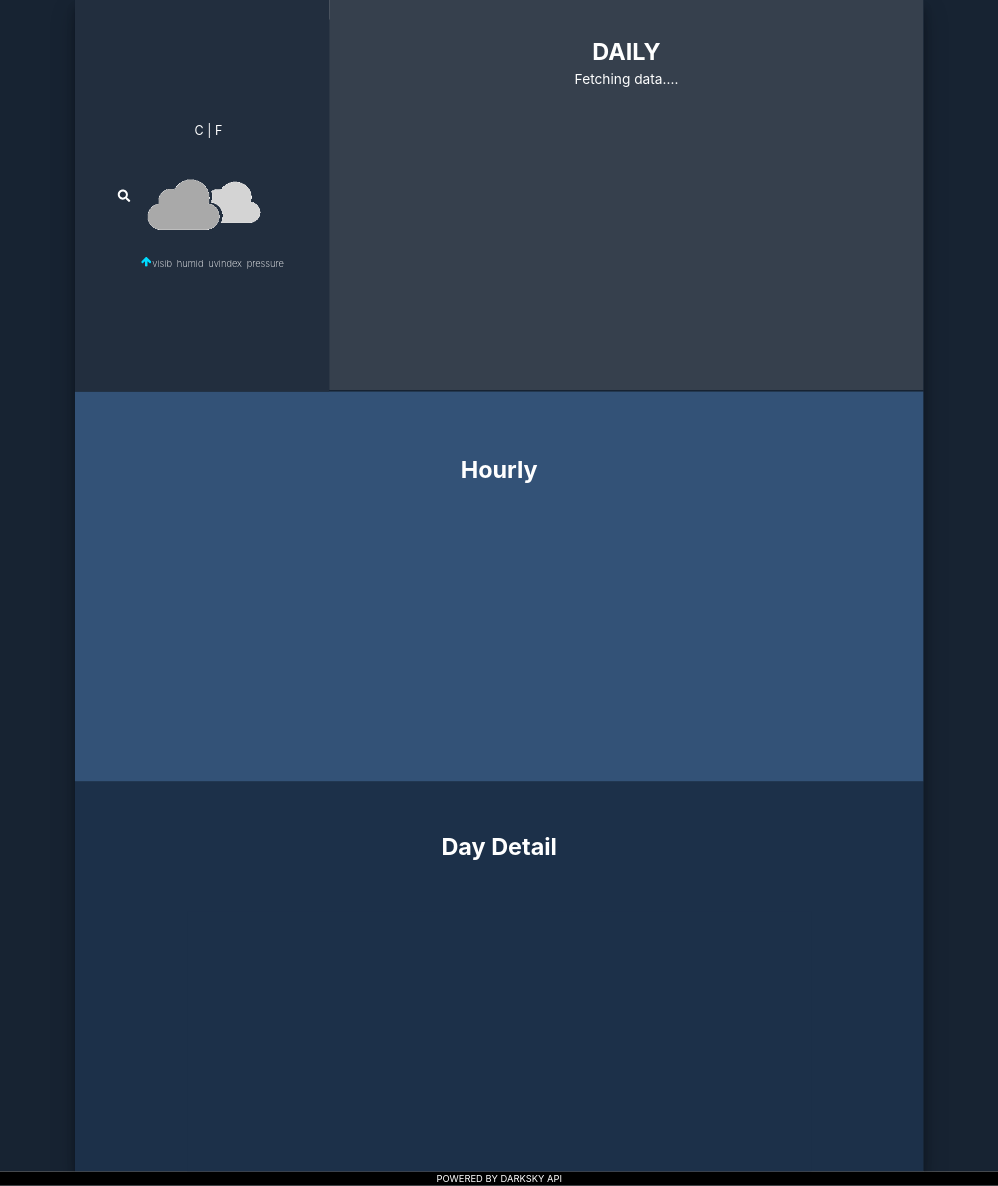
Repository: DOODpls/assignment3_weather
Page: index.html
The author's editor kept a copy of each file at every save. The page is drawn from the files as they stood at one save, then again after the next save.
The browser window is 1280 px wide. The pictures show the whole page, at 78% of full size.
Some web fonts or font styles are not loaded; a fallback is used. Some web libraries are served in a nearby version.

Above is the page before, as saved 2020-01-07 19:28:52.

### index.html
<!DOCTYPE html>
<html lang="en">
    <head>
        <meta charset="UTF-8" />
        <meta name="viewport" content="width=device-width, initial-scale=1.0" />
        <meta http-equiv="X-UA-Compatible" content="ie=edge" />
        <script src="https://ajax.googleapis.com/ajax/libs/jquery/1/jquery.min.js" type="text/javascript"></script>
        <script src="https://ajax.googleapis.com/ajax/libs/jqueryui/1.10.3/jquery-ui.min.js"></script>
        <script src="https://cdnjs.cloudflare.com/ajax/libs/font-awesome/5.11.2/js/all.js"></script>
        <title>The Weathering</title>
        <link rel="shortcut icon" href="./icons/favicon.ico" />
        <link
            rel="stylesheet"
            href="https://cdnjs.cloudflare.com/ajax/libs/bulma/0.7.5/css/bulma.min.css"
            integrity="sha256-vK3UTo/8wHbaUn+dTQD0X6dzidqc5l7gczvH+Bnowwk="
            crossorigin="anonymous"
        />
        <link
            rel="stylesheet"
            href="https://cdnjs.cloudflare.com/ajax/libs/open-iconic/1.1.1/font/css/open-iconic.min.css"
            integrity="sha256-CfN2r6i/dqkUHVRqpBzO3w21SnIWalwGfj5ScBPVzmI="
            crossorigin="anonymous"
        />
        <link rel="stylesheet" href="styles.css" />
    </head>
    <body>
        <div class="page">
            <div class="main-container">
                <div class="today-container">
                  <i class="fas fa-search"></i>
                  <form action="" method="post" name="form_citydetails" id="form_citydetails" enctype="multipart/form-data" onsubmit="return false;">
                    <input class="ff_elem city-text" type="text" name="ff_nm_from[]" value="" id="f_elem_city" placeholder="Type City" onkeydown="search(this)"/>
                    </form>
                    <div class="today-stage">
                      <div class="unitswitcher">
                        <div class="celcius" id='cell'>C</div>
                        <br>
                        <p>&nbsp;|&nbsp;</p>
                        <div class="farenheight" id="farr">F</div>
                      </div>
                        <div class="info-holder">
                          <div class="preload"></div>
                          <canvas id="icon0" width="150" height="150"></canvas>
                          <p class="city"></p>
                          <p class="today-temp"></p>
                          <p class="today-description"></p>
                          <p class="today-minmax"></p>
                          <div class="sub-info">
                          <p class="app-temp"></p>
                          <div class="wind-holder">
                            <p class="wind-speed"></p>
                            <div class="wind-direction"></div>
                          </div>
                          <p class="visibility">visib</p>
                          <p class="humidity">humid</p>
                          <p class="uvindex">uvindex</p>
                          <p class="pressure">pressure</p>
                          </div>
                        </div>
                    </div>
                </div>

                <div class="week-container">
                  <p class="daily-title">DAILY</p>
                  <p class="week-summary">Fetching data....</p>
                  <div class="week-stage" id="week-stages">
                  </div>
                </div>
                <div class="hourly-container">
                  <p class="daily-title">Hourly</p>
                  <div class="hourly-row"></div>
                </div>
                <div class="day-details">
                  <div class="titlebar">
                    <p class="daily-title">Day Detail</p>
                    <p class="day-summ"></p>
                  </div>
                  <div class="summary-flex">
                  <div class="melovesomeclouds">
                    <p class="habanero"></p> <!-- have to name it like this bc for some readon uvindex(whatever) wont work  -->
                    <p class="cloud-cover"></p>
                  </div>

                  <div class="sunny">
                    <p class="sunrise"></p>
                    <p class="sunset"></p>
                  </div>

                  <div class="airwater">
                    <p class="humidity2"></p>
                    <p class="dew-point"></p>
                  </div>

                  <div class="wind">
                    <p class="ave-windspeed"></p>
                    <p class="ave-windgust"></p>
                  </div>
                </div>
                </div>
            </div>
        </div>
        <footer class="foooterrr">
          <a href="https://darksky.net/dev">POWERED BY DARKSKY API</a>
        </footer>
        <script src="./skycons.js"></script>
        <script src="./app.js"></script>
    </body>
</html>

### styles.css

.page {
  display: flex;
  color: white;
  justify-content: center;
  flex-wrap: wrap;
  background-color: #172332;
  width: 100%;
  height: 100%;
  overflow: hidden;
}
.main-container {
  height: 100%;
  width: 85vw;
  overflow-y: hidden;
  box-sizing: content-box;
  display: flex;
  justify-content: flex-start;
  flex-wrap: wrap;
  box-shadow: 0 14px 28px rgba(0, 0, 0, 0.25), 0 10px 10px rgba(0, 0, 0, 0.22);
}
.today-container {
  flex: 30%;
  display: flex;
  height: 502px;
  background: #222e3e;
  justify-content: center;
  align-items: center;
  overflow: hidden;
  position: relative;
}
.unitswitcher{
  color: white;
  display: flex;
  justify-content: center;
}
.celcius, .farenheight{
  text-decoration: none;
  color: white;
}
.celcius:hover, .farenheight:hover{
  color: rgb(161, 161, 161);
}
.ui-helper-hidden-accessible{
  visibility: hidden;
  position: absolute;
}


.ui-autocomplete {
  position: absolute;
  top: 100%;
  left: 0;
  z-index: 1000;
  float: left;
  display: none;
  min-width: 160px;
  padding: 4px 0;
  margin: 0 0 10px 25px;
  list-style: none;
  background-color: #36404d;
  border-color: #ccc;
  border-color: rgba(0, 0, 0, 0.2);
  border-style: solid;
  border-width: 1px;
  -webkit-border-radius: 5px;
  -moz-border-radius: 5px;
  border-radius: 5px;
  -webkit-box-shadow: 0 5px 10px rgba(0, 0, 0, 0.2);
  -moz-box-shadow: 0 5px 10px rgba(0, 0, 0, 0.2);
  box-shadow: 0 5px 10px rgba(0, 0, 0, 0.2);
  -webkit-background-clip: padding-box;
  -moz-background-clip: padding;
  background-clip: padding-box;
  *border-right-width: 2px;
  *border-bottom-width: 2px;
}

.ui-menu-item > a.ui-corner-all {
  display: block;
  padding: 3px 15px;
  clear: both;
  font-weight: normal;
  line-height: 18px;
  color: #ffffff;
  white-space: nowrap;
  text-decoration: none;
}

.ui-state-hover, .ui-state-active {
  color: #ffffff;
  text-decoration: none;
  background-color: #0088cc;
  border-radius: 0px;
  -webkit-border-radius: 0px;
  -moz-border-radius: 0px;
  background-image: none;
}


.preload{
  background-image: url(./preloader.gif);
  height: 170px;
  width: 170px;
  background-size: 170px;
  position: absolute;
  top: 0;
  display: none;
}
.today-stage {
    position: relative;
    /* background: rgba(0, 0, 0, 0.2); */
}
/* #icon1{
  background-image: url(./preloader.gif);
  background-size: 150px;
} */
.today-icon {
    font-size: 140px;
    opacity: 0.17;
}
.city{
  transition-duration: .5s;
}
.today-temp {
    font-weight: 900;
    font-size: 50px;
    transition-duration: .5s;
}

.info-holder{
  display: flex;
  flex-direction: column;
  justify-content: center;
  align-items: center;
  position: relative;
}
.city-text{
  border-radius: 0px;
  width: 250px;
  height: 25px;
  font-family: Arial, Helvetica, sans-serif;
  font-size: 17px;
  color: #555;
  border: none;
  box-sizing: border-box;
  position: absolute;
  right: -250px;
  top: 0;
}

.search-button{
  position: absolute;
}
.sub-info{
  display: flex;
  justify-content: space-around;
  flex-direction: row;
  flex-wrap: wrap;
  width: 200px;
  transition-duration: .5s;
}
.app-temp{
    font-weight: 200;
    font-size: 12px;
}
.visibility{
  font-weight: 200;
  font-size: 12px;
}
.humidity{
  font-weight: 200;
  font-size: 12px;
}
.uvindex{
  font-weight: 200;
  font-size: 12px;
}
.pressure{
  font-weight: 200;
  font-size: 12px;
}
.today-minmax {
    font-weight: 400;
    font-size: 18px;
    opacity: 0.4;
    left: 0;
    transition-duration: .5s;
}
.today-description {
    font-weight: 400;
    font-size: 18px;
    transition-duration: .5s;
}
.wind-holder{
  display: flex;
  flex-direction: row;
}
.wind-direction{
    background-image: url('./icons/general_icon/arrow-up.svg');
    height: 13px;
    width: 13px;
    background-size: 13px;
    position: relative;
    left: 5px;
    transition-duration: .5s;
}
.wind-speed{
    font-weight: 200;
    font-size: 12px;
}
.week-container {
    flex: 70%;
  height: 500px;
  width: auto;
  background-color: #36404d;
  display: flex;
  justify-content: center;
  flex-direction: column;
  align-items: center;
}
.week-summary{
  font-size: 1.1em;
  height: auto;
  width: auto;
  margin-left: 20px;
  margin-right: 20px;
  margin-bottom: 20px;
  transition-duration: .5s;
}
.week-stage {
  height: 320px;
  width: auto;
  display: flex;
  justify-content: space-between;

}


/* Track */
.week-day-container {
    height: auto;
    width: 100px;
    margin-left: 20px;
    margin-right: 20px;
    display: flex;
    flex-direction: column;
    justify-content: space-aroud;
    align-items: center;
    position: relative;
    transition-duration: .5s;
}
.week-day-container:hover{
  opacity: .5;
}
@media (max-width:1890px){
  .week-stage {
  width: 80vmin;
  overflow-x: scroll;
  overflow-y: hidden;
  }

}


.week-day-container p {
    font-weight: 400;
    font-size: 12px;
    color: white;
}

.week-day-container span {
    opacity: 0.17;
    font-size: 24px;
    margin: 0;
}
.hourly-container{
  height: 500px;
  width: 100%;
  background-color: #335277;
  display: flex;
  justify-content: center;
  flex-direction: column;
  align-items: center;
}
.hourly-row{
  display: flex;
  flex-direction: row;
  width: 1500px;
  overflow-x: scroll;
  overflow-y: hidden;
  height: 300px;
}

.hourly-cards{
  font-weight: 400;
    font-size: 12px;
    color: white;
    width: 150px;
    display: flex;
    flex-direction: column;
    justify-content: center;
    align-items: center;
    margin-left: 20px;
  margin-right: 20px;
  transition-duration: .5s;
}
.hourly-cards p{
  font-weight: 400;
    font-size: 12px;
    color: white;
}
.loopwind{
  width: auto;
  display: flex;
  flex-direction: row;
  align-items: center;
}
.arrow-rotator{
  background-image: url('./icons/general_icon/arrow-up.svg');
  height: 10px;
  width: 10px;
  background-size: 10px;
  position: relative;
  margin-right: 5px;
  transition-duration: .5s;
}

@media (max-width:1800px){
  .hourly-row{
    width: 80vw;
  }
}

/* width */
::-webkit-scrollbar {
  width: 10px;
  height: 10px;
  border-radius: 20px;
}

/* Track */
::-webkit-scrollbar-track {
  background: #f1f1f1;
  border-radius: 20px;
}

/* Handle */
::-webkit-scrollbar-thumb {
  background: #888;
  border-radius: 20px;
}

/* Handle on hover */
::-webkit-scrollbar-thumb:hover {
  background: #555;
}
.day-details{
  display: flex;
  justify-content: space-around;
  flex-direction: column;
  align-items: center;
  width: 100%;
  height: 500px;
  background-color: #1c3049;
}

.titlebar{
  display: flex;
  flex-direction: column;
  align-items: center;
  justify-content: center;
  align-content: space-between;
  height: 250px;
  margin-left: 10px;
  margin-right: 10px;
  text-align: center;
}
.daily-title{
  font-size: 30px;
  font-weight: bold;
}
.day-summ{
  font-size: 20px;
  position: relative;
  top: 30px;
}
.wind, .airwater, .sunny, .melovesomeclouds{
  font-size: 20px;
  font-weight: bold;
  width: 300px;
  transition-duration: .5s;
  text-align: center;
}
.summary-flex{
  display: flex;
  justify-content: space-around;
  align-items: center;
  flex-wrap: wrap;
  width: 800px;
  height: 500px;
  background-color: #1c3049;
  transition-duration: .5s;
}

@media (max-width: 950px){
  .summary-flex{
    width: 100%;
    margin-right: 5px;
    margin-left: 5px;
  }

}

@media (max-width:705px){
  .wind, .airwater, .sunny, .melovesomeclouds{
    font-size: 20px;
    font-weight: bold;
    display: flex;
    justify-content: center;
    flex-direction: column;
    align-items: center;
    margin-left: 10px;
    margin-right: 10px;
  }

  .main-container {
    width: 100%;
  }
  .week-container{
    flex: none;
    width: 100%;
  }
  .week-stage, .hourly-row{
    width: 90%;
  }
}
@media (max-width:260px){
  .city-text{
    width: 100%;
  }
}
.foooterrr{
  background-color: black;
  color: white;
  font-size: 12px;
  display: flex;
  justify-content: center;
  flex-direction: column;
  align-items: center;
}
a{
  text-decoration: none;
  color: white;
}

Loaded but not shown: skycons.js (726 lines, source omitted); app.js (331 lines, source omitted)

After the next save:
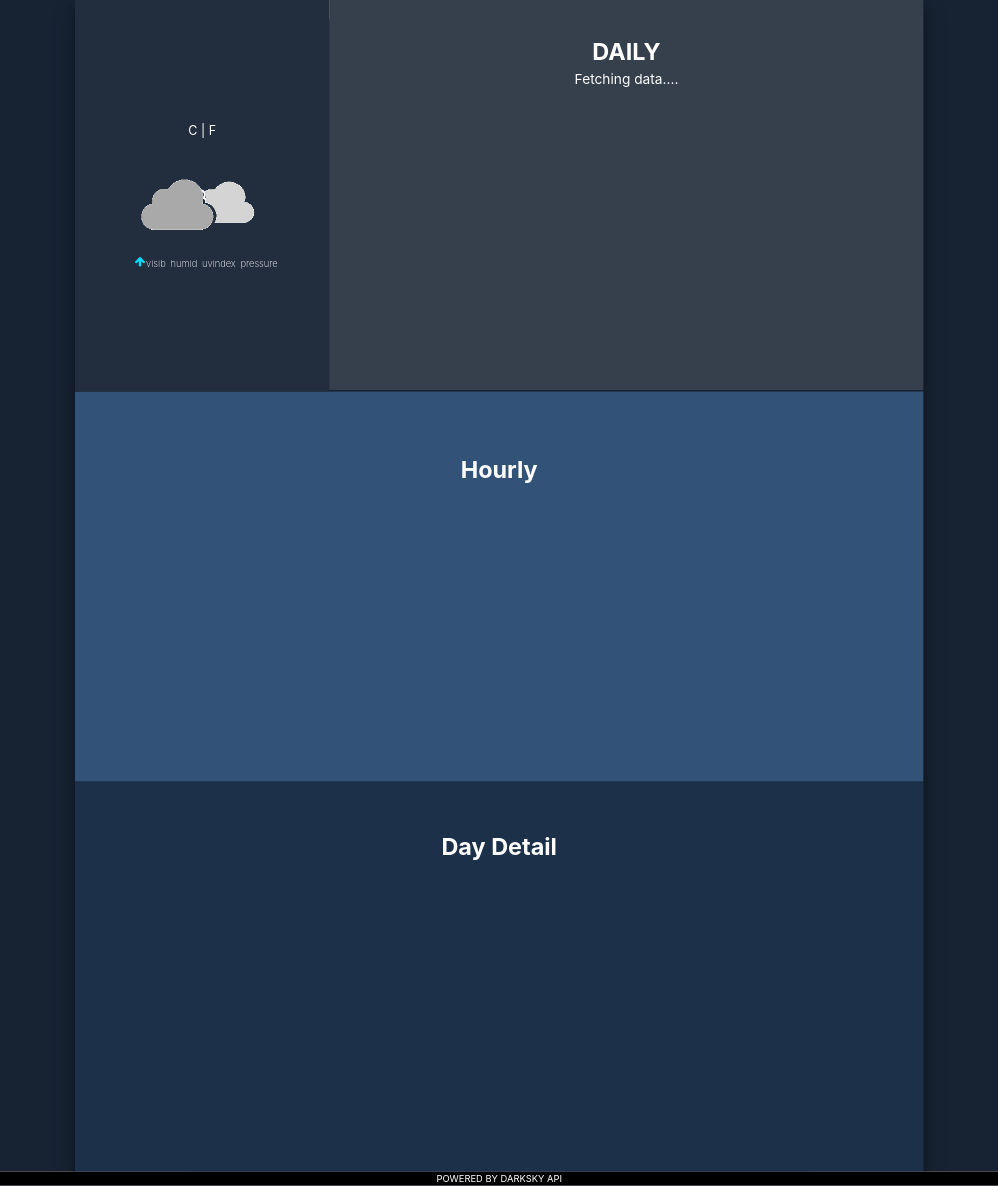
Saved 13 s later.
--- a/index.html
+++ b/index.html
@@ -27,7 +27,7 @@
         <div class="page">
             <div class="main-container">
                 <div class="today-container">
-                  <i class="fas fa-search"></i>
+                  <i class="fas fa-search search-button"></i>
                   <form action="" method="post" name="form_citydetails" id="form_citydetails" enctype="multipart/form-data" onsubmit="return false;">
                     <input class="ff_elem city-text" type="text" name="ff_nm_from[]" value="" id="f_elem_city" placeholder="Type City" onkeydown="search(this)"/>
                     </form>
